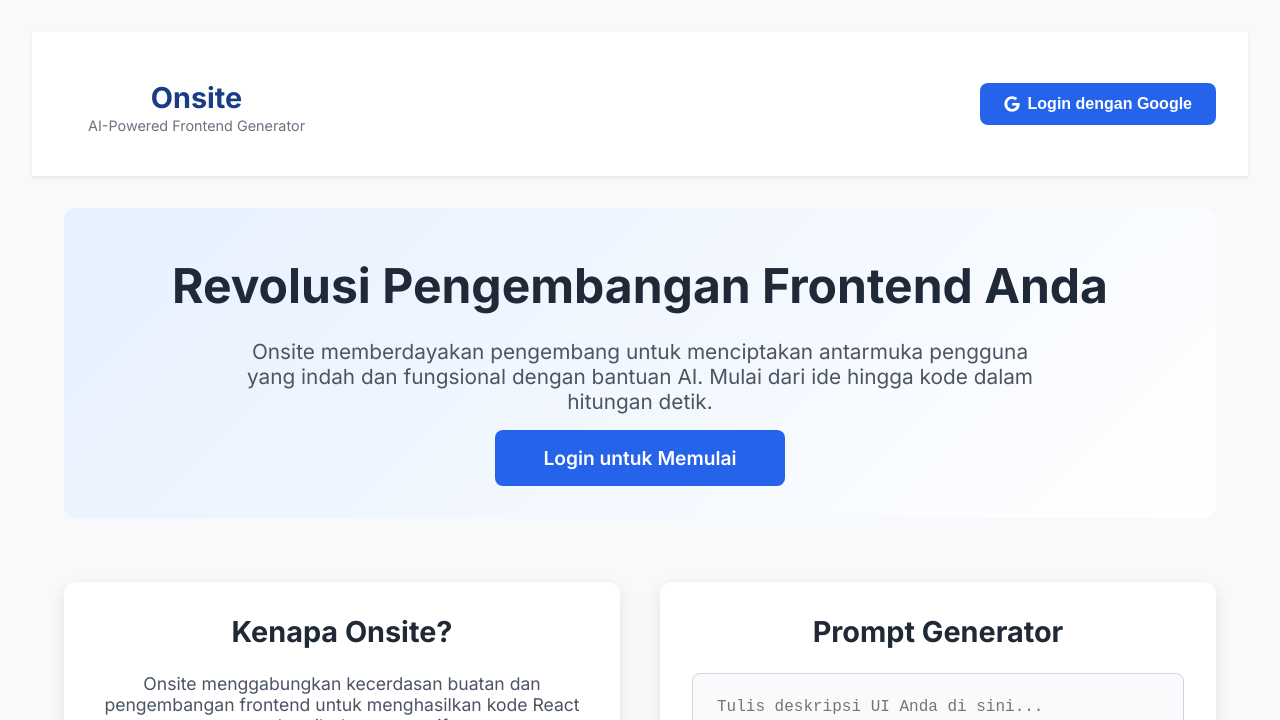
Repository: arifsoul/onsite
Page: / (app in onsite/)
These files come from the project's save history. The page is drawn as it stood at one moment and after the next save; the edit follows.
The browser window is 1280 px wide. The pictures show the whole page.
An inner scrolling area shows only its first screen. The project was rebuilt for these pictures with package versions that can differ from the ones it lists, and the page was loaded fresh each time. Also part of the build but not shown: onsite/vite.config.js, onsite/src/components/Editor/CSSPanel.jsx, onsite/src/components/Editor/JSPanel.jsx, onsite/src/components/Editor/ComponentEditor.css, onsite/src/components/Editor/ComponentEditor.jsx, onsite/src/pages/Editor.css, onsite/src/pages/Editor.jsx, onsite/src/pages/Login.css and 1 more.

Above is the page before, as saved 2025-04-14 17:16:50.

After the next save:
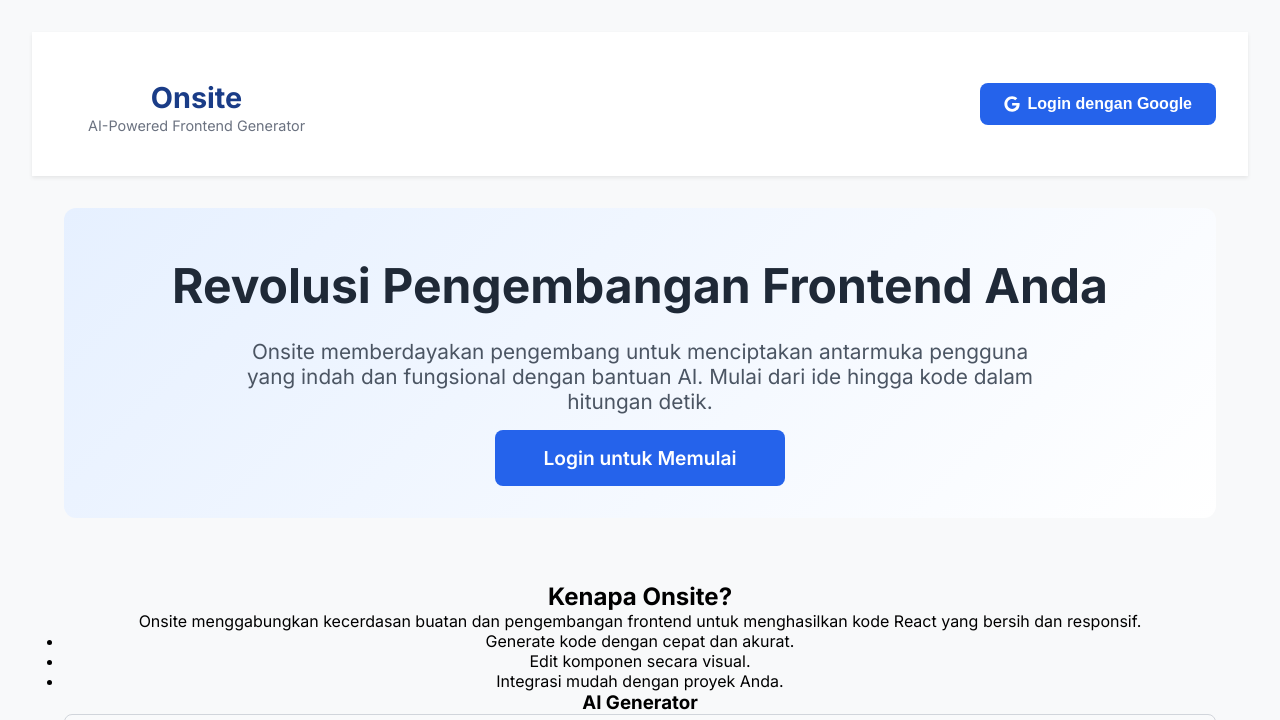
Saved 8 min 5 s later.
--- a/onsite/src/pages/Home.jsx
+++ b/onsite/src/pages/Home.jsx
@@ -1,12 +1,31 @@
+import React, { useState } from 'react';
 import { useAuth0 } from '@auth0/auth0-react';
 import AIGenerator from '../components/Generator/AIGenerator';
 import GoogleLogin from '../components/Auth/GoogleLogin';
-import LivePreview from '../components/Preview/LivePreview';
 import { Link } from 'react-router-dom';
 import './Home.css';
 
 const Home = () => {
   const { isAuthenticated } = useAuth0();
+
+  // State variables to hold the code and active tab
+  const [htmlCode, setHtmlCode] = useState('<h1>Hello World</h1>');
+  const [cssCode, setCssCode] = useState('h1 { color: blue; }');
+  const [jsCode, setJsCode] = useState('console.log("Hello World");');
+  const [activeTab, setActiveTab] = useState('html');
+
+  // Combine the codes into an HTML string for the iframe
+  const iframeCode = `
+<html>
+<head>
+<style>${cssCode}</style>
+</head>
+<body>
+${htmlCode}
+<script>${jsCode}</script>
+</body>
+</html>
+  `.trim();
 
   return (
     <div className="home-container">
@@ -28,25 +47,82 @@
             {isAuthenticated ? 'Mulai Mengedit Sekarang' : 'Login untuk Memulai'}
           </Link>
         </section>
-        <section className="features-section">
-          <div className="card description-card">
-            <h3>Kenapa Onsite?</h3>
-            <p>
-              Onsite menggabungkan kecerdasan buatan dan pengembangan frontend untuk menghasilkan kode React yang bersih dan responsif.
-            </p>
-            <ul>
-              <li>Generate kode dengan cepat dan akurat.</li>
-              <li>Edit komponen secara visual.</li>
-              <li>Integrasi mudah dengan proyek Anda.</li>
-            </ul>
+        <section className="description-section">
+          <h2>Kenapa Onsite?</h2>
+          <p>
+            Onsite menggabungkan kecerdasan buatan dan pengembangan frontend untuk menghasilkan kode React yang bersih dan responsif.
+          </p>
+          <ul>
+            <li>Generate kode dengan cepat dan akurat.</li>
+            <li>Edit komponen secara visual.</li>
+            <li>Integrasi mudah dengan proyek Anda.</li>
+          </ul>
+        </section>
+        <section className="code-playground">
+          <div className="generator-section">
+            <h3>AI Generator</h3>
+            <AIGenerator
+              onGenerate={(html, css, js) => {
+                setHtmlCode(html);
+                setCssCode(css);
+                setJsCode(js);
+              }}
+            />
           </div>
-          <div className="card generator-card">
-            <h3>Prompt Generator</h3>
-            <AIGenerator />
+          <div className="preview-section">
+            <h3>Preview</h3>
+            <iframe
+              srcDoc={iframeCode}
+              className="preview-iframe"
+              sandbox="allow-scripts"
+              title="Live Preview"
+            />
           </div>
-          <div className="card preview-card">
-            <h3>Preview Kode</h3>
-            <LivePreview />
+          <div className="editor-section">
+            <h3>Code Editor</h3>
+            <div className="tabs">
+              <button
+                className={activeTab === 'html' ? 'active' : ''}
+                onClick={() => setActiveTab('html')}
+              >
+                HTML
+              </button>
+              <button
+                className={activeTab === 'css' ? 'active' : ''}
+                onClick={() => setActiveTab('css')}
+              >
+                CSS
+              </button>
+              <button
+                className={activeTab === 'js' ? 'active' : ''}
+                onClick={() => setActiveTab('js')}
+              >
+                JS
+              </button>
+            </div>
+            <div className="code-editor">
+              {activeTab === 'html' && (
+                <textarea
+                  value={htmlCode}
+                  onChange={(e) => setHtmlCode(e.target.value)}
+                  placeholder="Enter HTML code here..."
+                />
+              )}
+              {activeTab === 'css' && (
+                <textarea
+                  value={cssCode}
+                  onChange={(e) => setCssCode(e.target.value)}
+                  placeholder="Enter CSS code here..."
+                />
+              )}
+              {activeTab === 'js' && (
+                <textarea
+                  value={jsCode}
+                  onChange={(e) => setJsCode(e.target.value)}
+                  placeholder="Enter JavaScript code here..."
+                />
+              )}
+            </div>
           </div>
         </section>
       </main>
